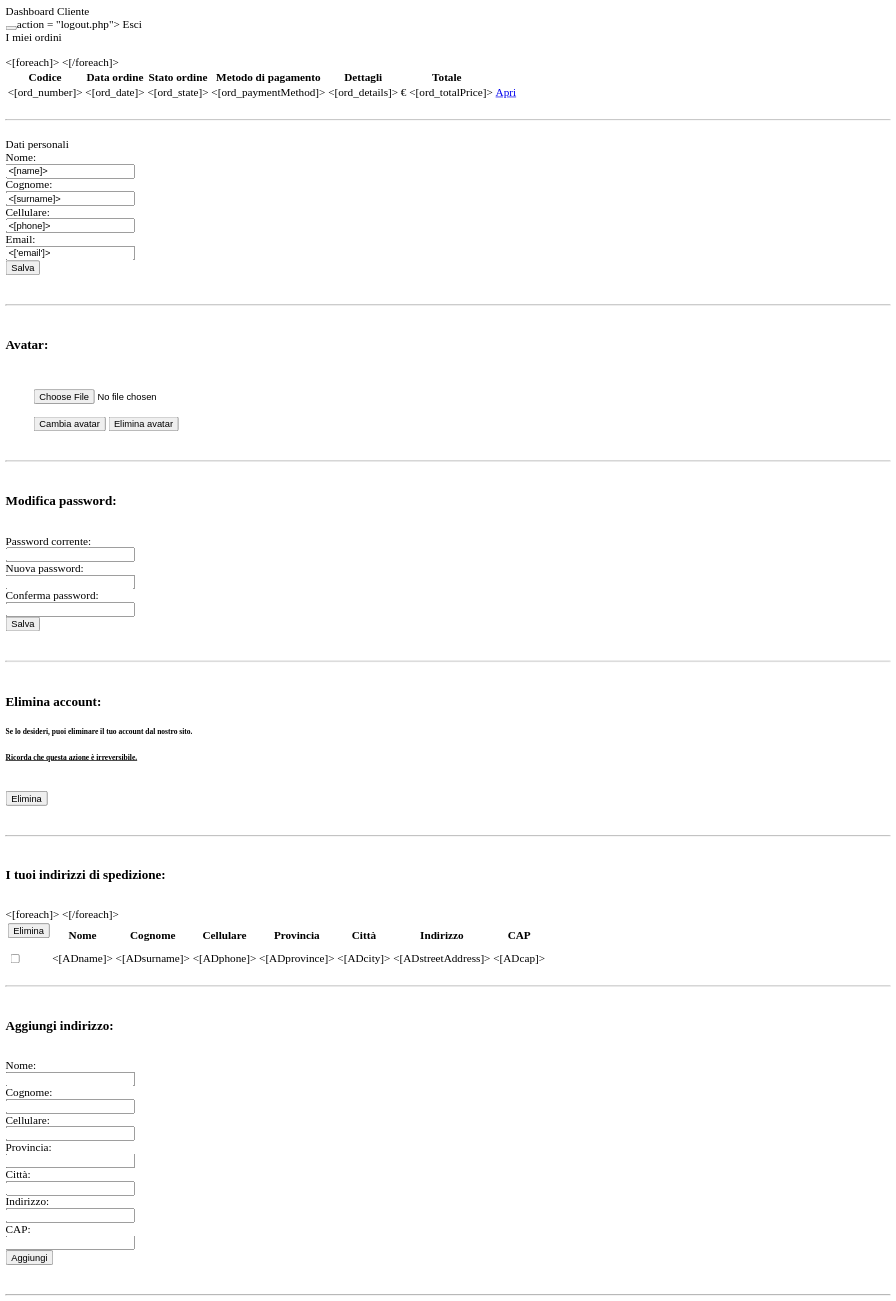
Repository: i4c0ni99/MotorShop
Page: skins/motor-html-package/motor/profile.html
The author's editor kept a copy of each file at every save. The page is drawn from the files as they stood at one save, then again after a run of saves.
The browser window is 1280 px wide. The pictures show the whole page, at 70% of full size.

Above is the page before, as saved 2024-09-29 16:18:45.

After the next 4 saves:
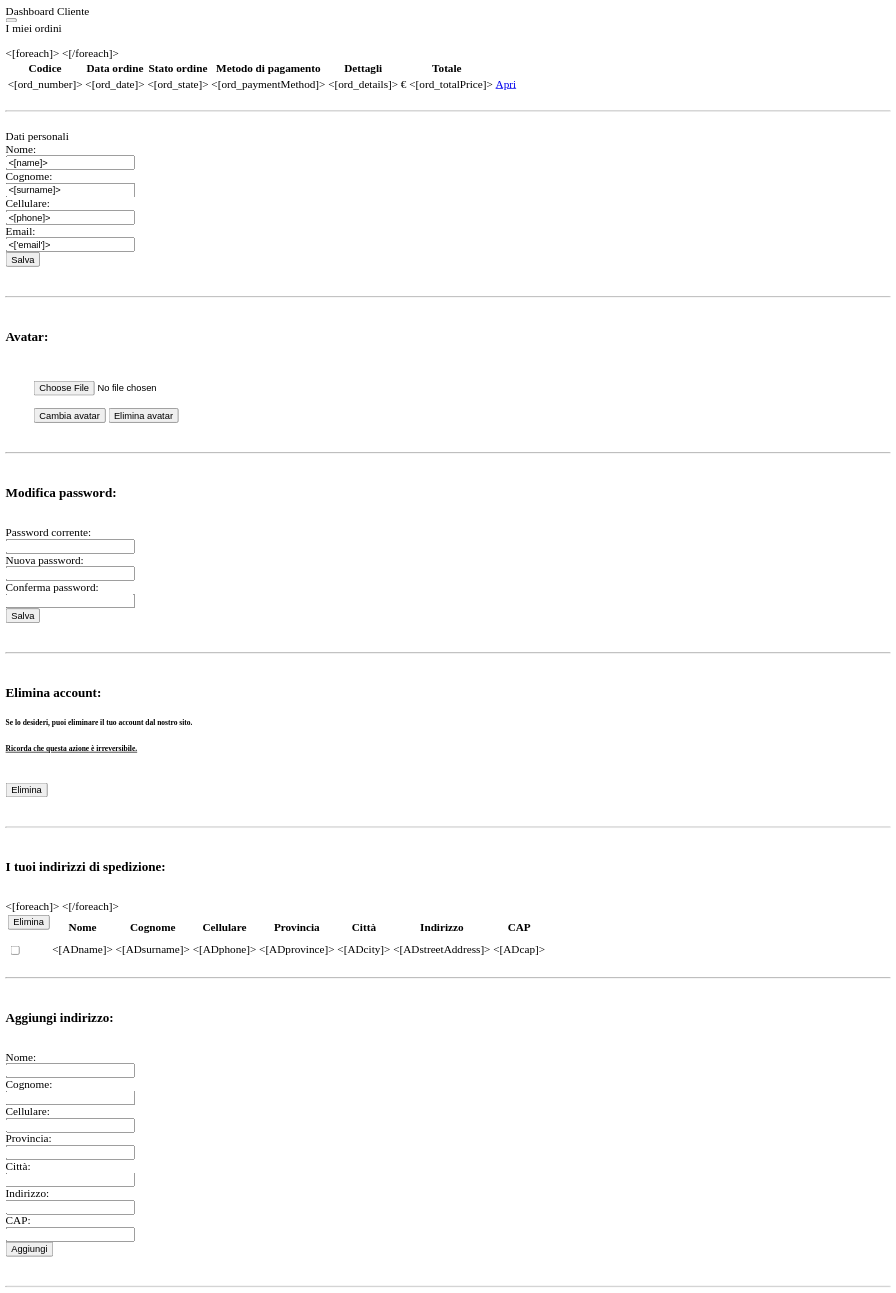
The 4 saves are shown as one change because they came seconds apart.
The last was saved 13 s later.
--- a/skins/motor-html-package/motor/profile.html
+++ b/skins/motor-html-package/motor/profile.html
@@ -15,7 +15,7 @@
 
             <button class = .mv-btn-style-1.responsive-btn-1-type-5 >
 
-            </button>action = "logout.php"> Esci </button>
+            </button>
 
             <div class="checkout-block block-billing-address mv-mb-50">
                 <div class="mv-form-style-2 mv-box-shadow-gray-1">

After the 5 saves that followed:
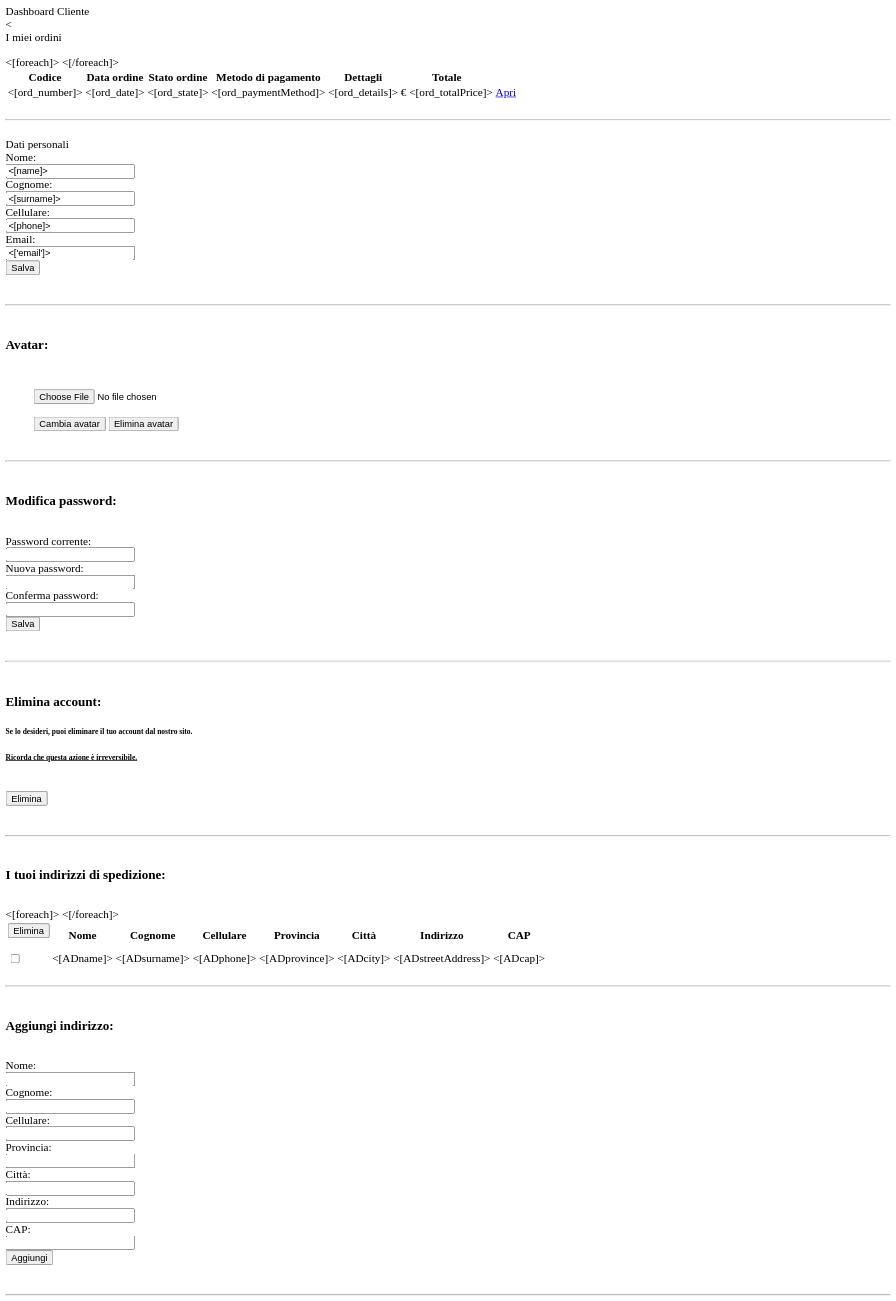
The 5 saves are shown as one change because they came seconds apart.
The last was saved 13 s later.
--- a/skins/motor-html-package/motor/profile.html
+++ b/skins/motor-html-package/motor/profile.html
@@ -13,9 +13,9 @@
     <section class="mv-main-body checkout-main mv-bg-gray mv-wrap">
         <div class="container">
 
-            <button class = .mv-btn-style-1.responsive-btn-1-type-5 >
-
-            </button>
+            <div class=.mv-btn-style-1.responsive-btn-1-type-5>
+                <
+            </div>
 
             <div class="checkout-block block-billing-address mv-mb-50">
                 <div class="mv-form-style-2 mv-box-shadow-gray-1">
